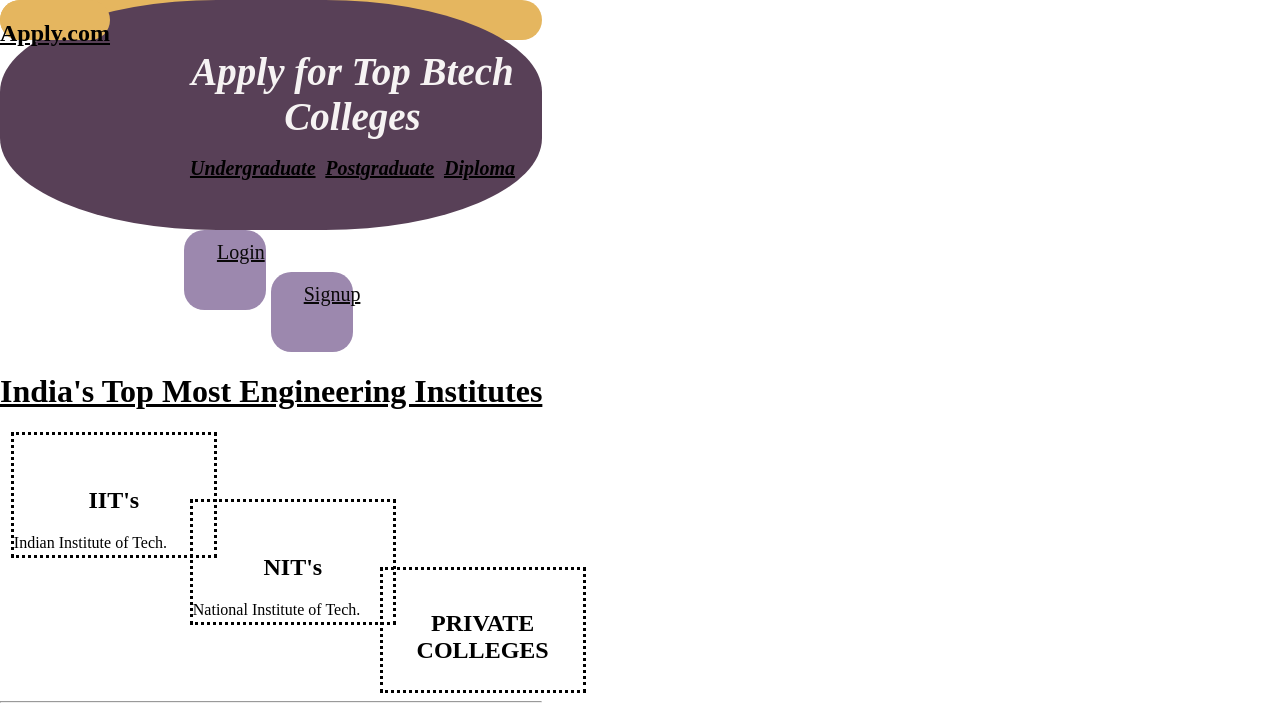
Repository: dashmeenkalra/dashmeen_kalra
Page: css/btech.html
The author's editor kept a copy of each file at every save. The page is drawn from the files as they stood at one save, then again after a run of saves.
The browser window is 1280 px wide. The pictures show the whole page.

Above is the page before, as saved 2023-03-07 09:56:23.

After the next 3 saves:
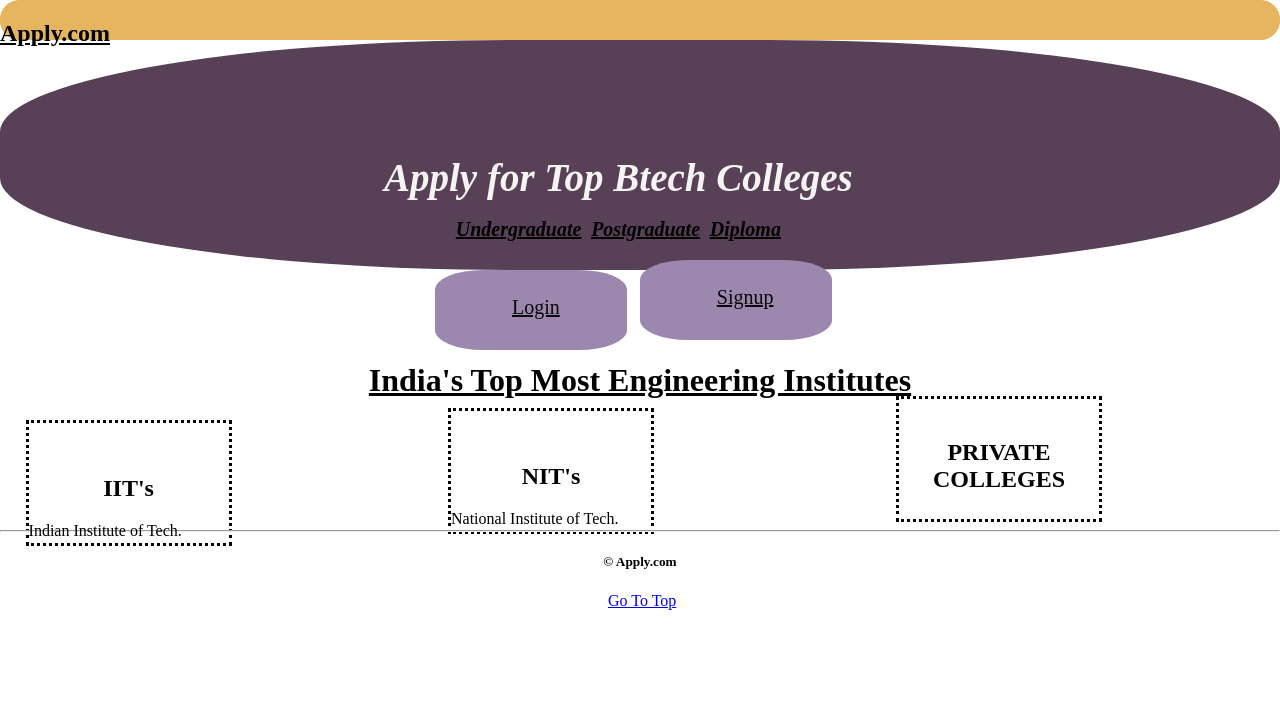
The 3 saves are shown as one change because they came seconds apart.
The last was saved 20 s later.
--- a/css/btech.css
+++ b/css/btech.css
@@ -5,11 +5,11 @@ header{
     background-color: rgb(229, 182, 95);
     height: 40px;
     border-radius:20px;
-    position: fixed;
 }
 header > h2{
     text-align: center;
     text-decoration:underline;
+    position: fixed;
 }
 #app{
     background-color: rgb(88, 64, 87);
